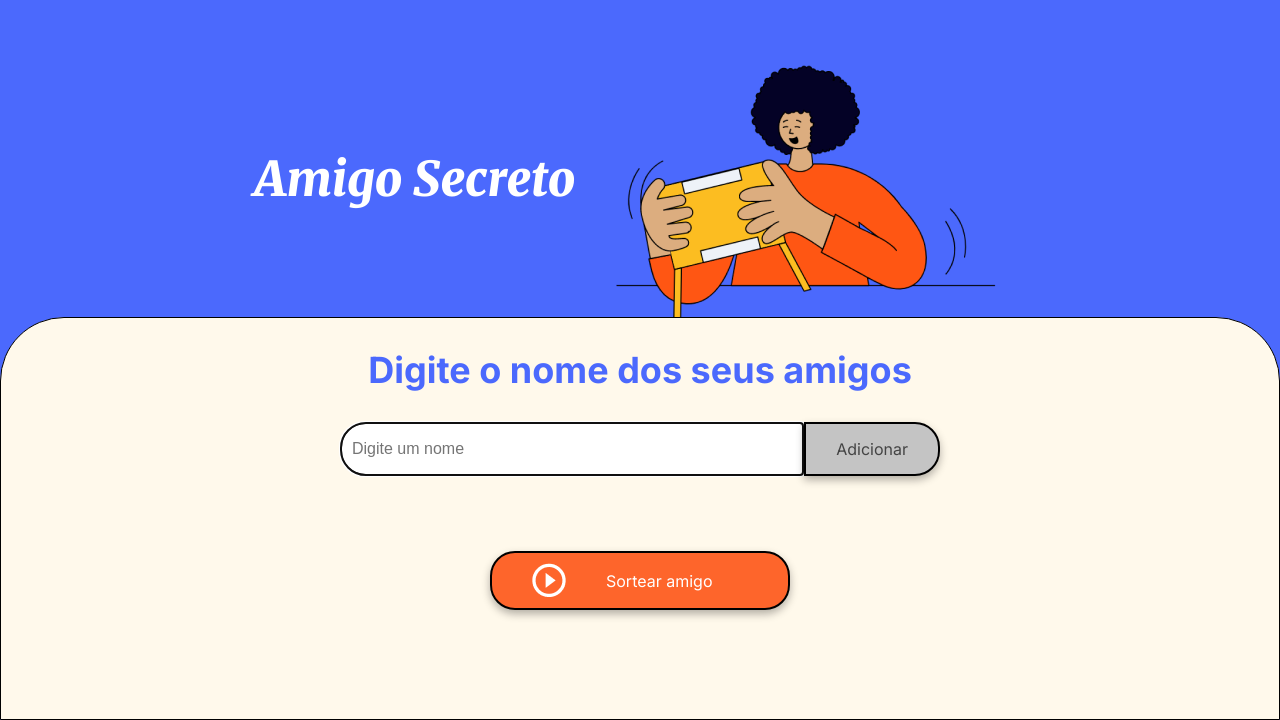
Repository: Vuenar/challenge-amigo-secreto_pt-main
Page: index.html
An editor plug-in stored every save of this project. The page is shown before and after the next save, followed by the edit.
The browser window is 1280 px wide. The pictures show the whole page.
Empty fields were first filled with sample values (such as "Sample", 5 or name@example.com).
After loading, the first visible `button.button-add` was clicked once.

Above is the page before, as saved 2025-08-10 13:57:32.

### index.html
<!DOCTYPE html>
<html lang="pt-br">
<head>
    <meta charset="UTF-8">
    <meta name="viewport" content="width=device-width, initial-scale=1.0">
    <link rel="stylesheet" href="style.css">
    <link rel="preconnect" href="https://fonts.googleapis.com">
    <link rel="preconnect" href="https://fonts.gstatic.com" crossorigin>
    <link href="https://fonts.googleapis.com/css2?family=Inter:wght@100;400;700;900&family=Merriweather:ital,wght@0,300;0,400;0,700;0,900;1,300;1,400;1,700;1,900&display=swap" rel="stylesheet">
    <title>Amigo Secreto</title>
</head>

<body>
    <main class="main-content">
        <header class="header-banner">
            <h1 class="main-title">Amigo Secreto</h1>
            <img src="assets/amigo-secreto.png" alt="Imagem representativa de amigo secreto">
        </header>

        <section class="input-section">
            <h2 class="section-title">Digite o nome dos seus amigos</h2>
            <div class="input-wrapper">
                <input type="text" id="amigo" class="input-name" placeholder="Digite um nome">
                <button class="button-add" onclick="adicionarAmigo()">Adicionar</button>
            </div>

            <ul id="listaAmigos" class="name-list" aria-labelledby="listaAmigos" role="list"></ul>
            <ul id="resultado" class="result-list" aria-live="polite"></ul>

            <div class="button-container">
                <button class="button-draw" onclick="sortearAmigo()" aria-label="Sortear amigo secreto">
                    <img src="assets/play_circle_outline.png" alt="Ícone para sortear">
                    Sortear amigo
                </button>
            </div>
        </section>
    </main>

    <script src="app.js" defer></script>
</body>
</html>

### style.css
:root {
    --color-primary: #4B69FD;
    --color-secondary: #FFF9EB;
    --color-tertiary: #C4C4C4;
    --color-button: #fe652b;
    --color-button-hover: #e55720;
    --color-text: #444444;
    --color-white: #FFFFFF;
}

/* Estilos gerais */
* {
    margin: 0;
    padding: 0;
    box-sizing: border-box;
}

body {
    height: 100vh;
    background-color: var(--color-primary);
    display: flex;
    justify-content: center;
    align-items: center;
}

.main-content {
    display: flex;
    flex-direction: column;
    height: 100%;
    width: 100%;
}

/* Banner */
.header-banner {
    flex: 40%;
    display: flex;
    justify-content: center;
    align-items: center;
    padding: 40px 0 0;
}

/* Seção de entrada */
.input-section {
    flex: 60%;
    background-color: var(--color-secondary);
    border: 1px solid #000;
    border-radius: 64px 64px 0 0;
    display: flex;
    flex-direction: column;
    align-items: center;
    padding: 20px;
    width: 100%;
}

/* Títulos */
.main-title {
    font-size: 48px;
    font-family: "Merriweather", serif;
    font-weight: 900;
    font-style: italic;
    color: var(--color-white);
}

.section-title {
    font-family: "Inter", serif;
    font-size: 36px;
    font-weight: 700;
    color: var(--color-primary);
    margin: 10px 0;
    text-align: center;
}

/* Contêineres de entrada e botão */
.input-wrapper {
    display: flex;
    justify-content: center;
    width: 100%;
    max-width: 600px;
    margin-top: 20px;
}

.input-name {
    width: 100%;
    padding: 10px;
    border: 2px solid #000;
    border-radius: 25px 0 0 25px;
    font-size: 16px;
}

.button-container {
    width: 300px;
    justify-content: center;
}

/* Estilos de entrada de texto */
.input-title {
    flex: 1;
    padding: 10px 15px;
    font-size: 16px;
    border: 2px solid #333;
    border-right: none;
    border-radius: 25px 0 0 25px;
    font-family: "Merriweather", serif;
    box-shadow: 0 4px 8px rgba(0, 0, 0, 0.3);
}

/* Estilos de botão */
button {
    padding: 15px 30px;
    font-family: "Inter", sans-serif;
    font-size: 16px;
    border: 2px solid #000;
    border-radius: 25px;
    box-shadow: 0 4px 8px rgba(0, 0, 0, 0.3);
    cursor: pointer;
}

.button-add {
    background-color: var(--color-tertiary);
    color: var(--color-text);
    border-radius: 0 25px 25px 0;
}

.button-add:hover {
    background-color: #a1a1a1;
}

/* Listas */
ul {
    list-style-type: none;
    color: var(--color-text);
    font-family: "Inter", sans-serif;
    font-size: 18px;
    margin: 20px 0;
}

.result-list {
    margin-top: 15px;
    color: #05DF05;
    font-size: 22px;
    font-weight: bold;
    text-align: center;
}

/* Botão de sortear título */
.button-draw {
    display: flex;
    align-items: center;
    width: 100%;
    padding: 10px 40px;
    color: var(--color-white);
    background-color: var(--color-button);
    font-size: 16px;
}

.button-draw img {
    margin-right: 40px;
}

.button-draw:hover {
    background-color: var(--color-button-hover);
}

### app.js
//O principal objetivo deste desafio é fortalecer suas habilidades em lógica de programação. Aqui você deverá desenvolver a lógica para resolver o problema.
let amigos = [];

function adicionarAmigo() {
	const input = document.getElementById('amigo');
	const nome = input.value.trim();
	if (nome === "") {
		alert("Por favor, insira um nome.");
		input.focus();
		return;
	}
	// ...adicione lógica para adicionar o nome à lista de amigos...
	amigos.push(nome);
	input.value = "";
	input.focus();
	// ...atualize a lista na tela se necessário...
}

After the next save:
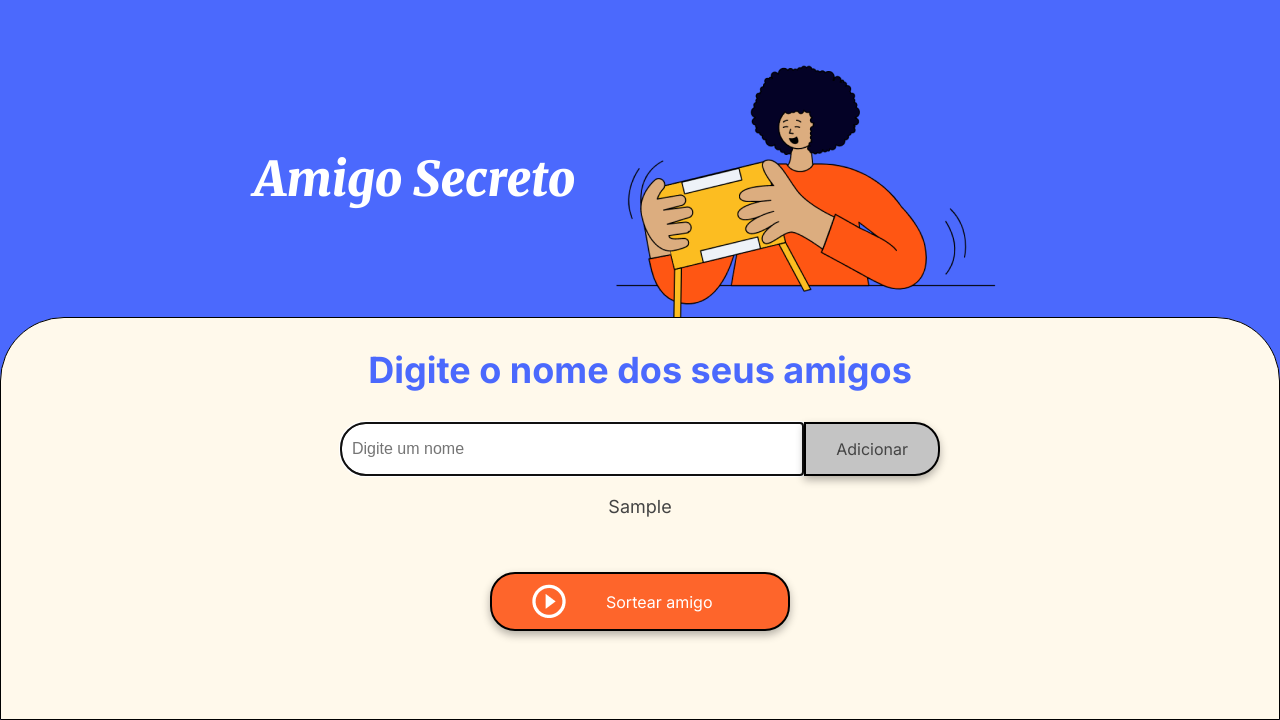
Saved 69 s later.
--- a/app.js
+++ b/app.js
@@ -9,9 +9,18 @@ function adicionarAmigo() {
 		input.focus();
 		return;
 	}
-	// ...adicione lógica para adicionar o nome à lista de amigos...
 	amigos.push(nome);
 	input.value = "";
 	input.focus();
-	// ...atualize a lista na tela se necessário...
+	exibirListaAmigos();
 }
+
+function exibirListaAmigos() {
+	const lista = document.getElementById('listaAmigos');
+	lista.innerHTML = "";
+	amigos.forEach(function(nome) {
+		const li = document.createElement('li');
+		li.textContent = nome;
+		lista.appendChild(li);
+	});
+}
